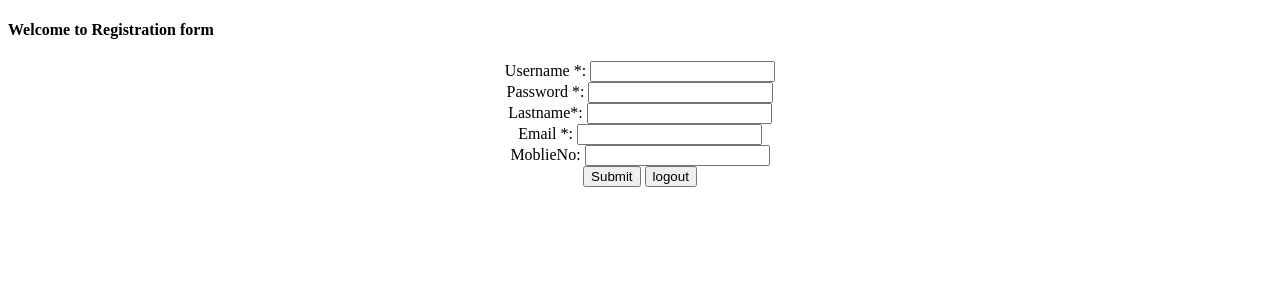
Repository: Ashwini-Tikotekar/servlets
Page: ServletJDBCApp/WebContent/registration.html
The author's editor kept a copy of each file at every save. The page is drawn from the files as they stood at one save, then again after the next save.
The browser window is 1280 px wide. The pictures show the whole page.

Above is the page before, as saved 2019-01-24 04:56:09.

### ServletJDBCApp/WebContent/registration.html
<!DOCTYPE html>
<html>
<head>
<meta charset="UTF-8">
<title>Registration</title>
</head>
<body>
<h4> Welcome to Registration form</h4>
<form action="registration" method ="get">
		<div align="center">
			Username *: <input type="username" name="username" required><br />
			Password *: <input type="password" name="password" /><br />
			Lastname*: <input type="lastname" name="lname" /><br />
			Email *: <input type="email" name="email" /><br />
			MoblieNo: <input type="mobileno" name="mob" /><br />

		<input type="submit" value="Submit" />
		<input type="submit" value="logout"/>
		<a href="logout.html"></a>
		</div>
	</form>
</body>
</html>

After the next save:
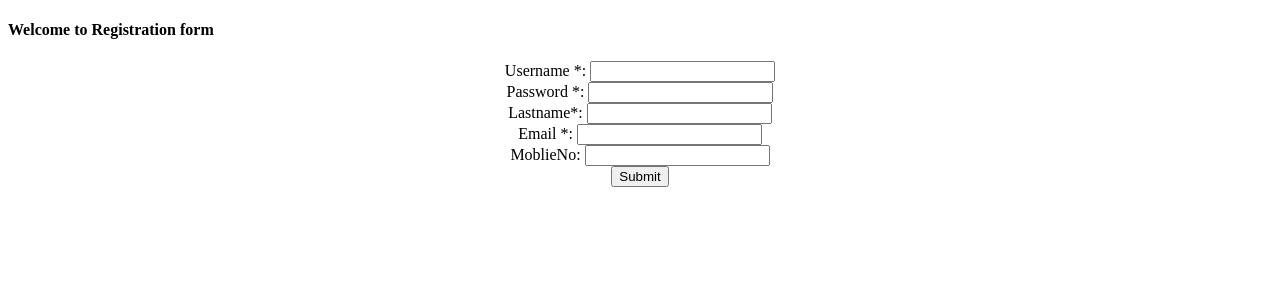
Saved 15 min 44 s later.
--- a/ServletJDBCApp/WebContent/registration.html
+++ b/ServletJDBCApp/WebContent/registration.html
@@ -15,7 +15,7 @@
 			MoblieNo: <input type="mobileno" name="mob" /><br />
 
 		<input type="submit" value="Submit" />
-		<input type="submit" value="logout"/>
+
 		<a href="logout.html"></a>
 		</div>
 	</form>
